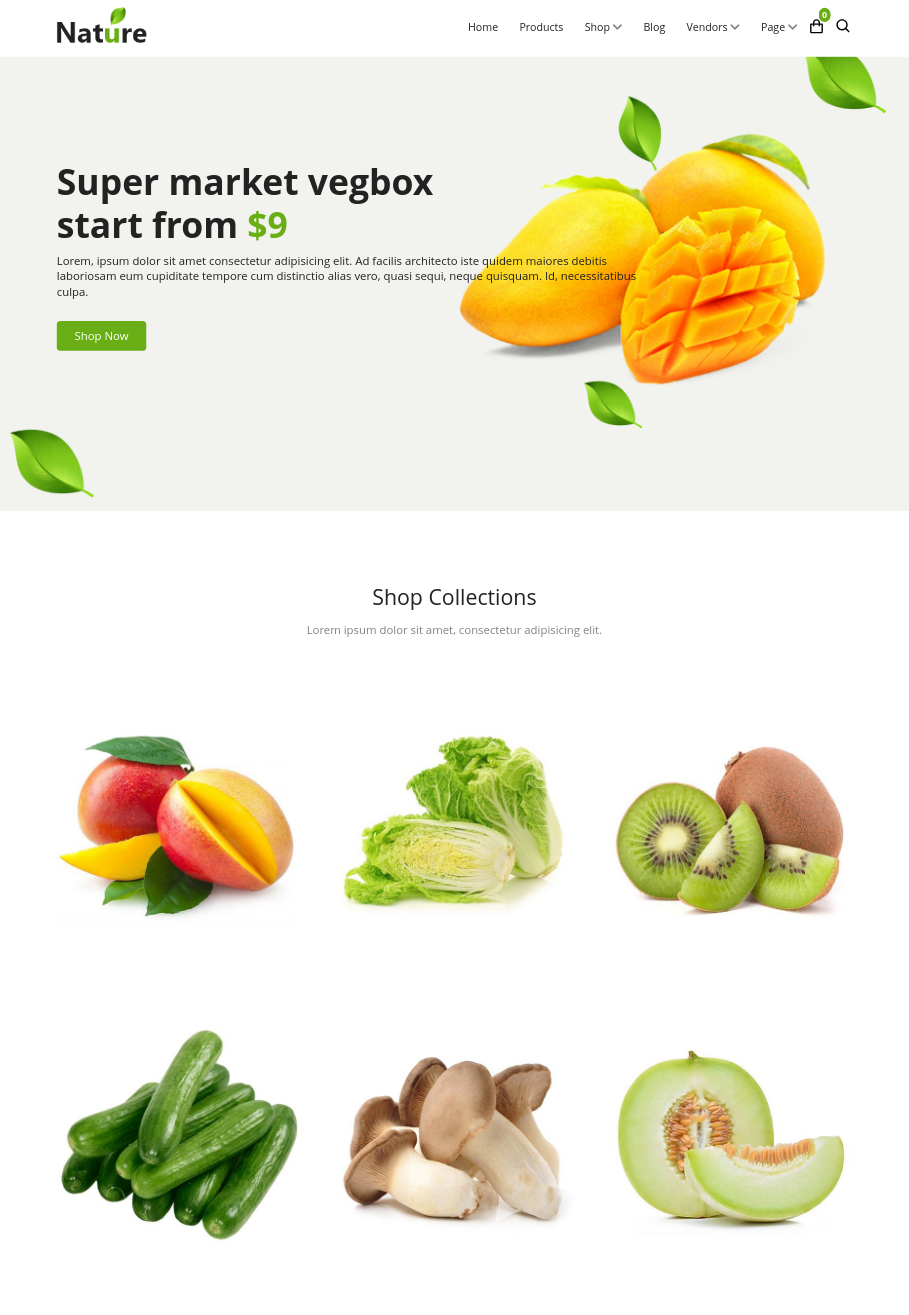
Repository: hoanggiainfomation/hoanggiainfomation.github.io
Page: index.html
An editor plug-in stored every save of this project. The page is shown before and after the next save, followed by the edit.
The browser window is 1280 px wide. The pictures show the whole page, at 71% of full size.
Some web libraries are served in a nearby version.

Above is the page before, as saved 2021-08-17 20:13:45.

### index.html
<!DOCTYPE html>
<html lang="en">
  <head>
    <meta charset="UTF-8" />
    <meta name="viewport" content="width=device-width, initial-scale=1.0" />
    <!-- Favicon -->
    <link rel="shortcut icon" href="./images/favicon.png" type="image/png" />
    <!-- Font Awesome -->
    <link
      rel="stylesheet"
      href="https://cdnjs.cloudflare.com/ajax/libs/font-awesome/5.15.1/css/all.min.css"
    />
    <!-- ======== Swiper Js ======= -->
    <link
      rel="stylesheet"
      href="https://cdnjs.cloudflare.com/ajax/libs/Swiper/6.7.5/swiper-bundle.min.css"
    />

    <!-- Boxicons -->
    <link
      href="https://unpkg.com/boxicons@2.0.8/css/boxicons.min.css"
      rel="stylesheet"
    />
    <!-- Custom StyleSheet -->
    <link rel="stylesheet" href="./styles.css" />
    <title>Codevo - Ecommerce Website</title>
  </head>
  <body>
    <!-- Navigation -->
    <nav class="nav">
      <div class="wrapper container">
        <div class="logo">
          <a href="">
            <img src="./images/logo.png" alt="" />
          </a>
        </div>
        <ul class="nav-list show">
          <div class="top">
            <label for="" class="btn close-btn"
              ><i class="fas fa-times"></i
            ></label>
          </div>
          <li><a href="index.html">Home</a></li>
          <li><a href="products.html">Products</a></li>
          <li>
            <a href="" class="desktop-item"
              >Shop <span><i class="fas fa-chevron-down"></i></span
            ></a>
            <input type="checkbox" id="showMega" />
            <label for="showMega" class="mobile-item"
              >Shop <span><i class="fas fa-chevron-down"></i></span
            ></label>
            <div class="mega-box">
              <div class="content">
                <div class="row">
                  <img src="./images/nav.png" alt="" />
                </div>
                <div class="row">
                  <header>Shop Layout</header>
                  <ul class="mega-links">
                    <li><a href="#">Shop With Background</a></li>
                    <li><a href="#">Shop Mini Categories</a></li>
                    <li><a href="#">Shop Only Categories</a></li>
                    <li><a href="#">Shop Icon Categories</a></li>
                  </ul>
                </div>
                <div class="row">
                  <header>Filter Layout</header>
                  <ul class="mega-links">
                    <li><a href="#">Sidebar</a></li>
                    <li><a href="#">Filter Default</a></li>
                    <li><a href="#">Filter Drawer</a></li>
                    <li><a href="#">Filter Dropdown</a></li>
                  </ul>
                </div>
                <div class="row">
                  <header>Product Layout</header>
                  <ul class="mega-links">
                    <li><a href="#">Layout Zoom</a></li>
                    <li><a href="#">Layout Sticky</a></li>
                    <li><a href="#">Layout Sticky 2</a></li>
                    <li><a href="#">Layout Scroll</a></li>
                  </ul>
                </div>
              </div>
            </div>
          </li>
          <li><a href="">Blog</a></li>
          <li>
            <a href="" class="desktop-item"
              >Vendors <span><i class="fas fa-chevron-down"></i></span
            ></a>
            <input type="checkbox" id="showdrop1" />
            <label for="showdrop1" class="mobile-item"
              >Vendors <span><i class="fas fa-chevron-down"></i></span
            ></label>
            <ul class="drop-menu1">
              <li><a href="">Vendor Store listings</a></li>
              <li><a href="">Store Details</a></li>
            </ul>
          </li>

          <li>
            <a href="" class="desktop-item"
              >Page <span><i class="fas fa-chevron-down"></i></span
            ></a>
            <input type="checkbox" id="showdrop2" />
            <label for="showdrop2" class="mobile-item"
              >Page <span><i class="fas fa-chevron-down"></i></span
            ></label>
            <ul class="drop-menu2">
              <li><a href="">About</a></li>
              <li><a href="">Contact</a></li>
              <li><a href="">Faq</a></li>
              <li><a href="">Page 404</a></li>
            </ul>
          </li>
          <!-- icons -->
          <li class="icons">
            <a href="cart.html">
              <span>
                <img src="./images/shoppingBag.svg" alt="" />
                <small class="count d-flex">0</small>
              </span>
            </a>
            <span><img src="./images/search.svg" alt="" /></span>
          </li>
        </ul>
        <label for="" class="btn open-btn"><i class="fas fa-bars"></i></label>
      </div>
    </nav>
    <!-- Hero -->
    <div class="hero">
      <div class="row">
        <!-- Swiper -->
        <div class="swiper-container slider-1">
          <div class="swiper-wrapper">
            <div class="swiper-slide">
              <img src="./images/hero-1.png" alt="" />
              <div class="content">
                <h1>
                  Super market vegbox
                  <br />
                  start from
                  <span>$9</span>
                </h1>
                <p>
                  Lorem, ipsum dolor sit amet consectetur adipisicing elit. Ad
                  facilis architecto iste quidem maiores debitis laboriosam eum
                  cupiditate tempore cum distinctio alias vero, quasi sequi,
                  neque quisquam. Id, necessitatibus culpa.
                </p>
                <a href="">Shop Now</a>
              </div>
            </div>
            <div class="swiper-slide">
              <img src="./images/hero-2.png" alt="" />
              <div class="content">
                <h1>
                  You first Order
                  <br />
                  start from
                  <span>20% off</span>
                  at Juice
                </h1>
                <p>
                  Lorem, ipsum dolor sit amet consectetur adipisicing elit. Ad
                  facilis architecto iste quidem maiores debitis laboriosam eum
                  cupiditate tempore cum distinctio alias vero, quasi sequi,
                  neque quisquam. Id, necessitatibus culpa.
                </p>
                <a href="">Shop Now</a>
              </div>
            </div>
            <div class="swiper-slide">
              <img src="./images/hero-3.png" alt="" />
              <div class="content">
                <h1>
                  Super market vegbox
                  <br />
                  start from
                  <span>$9</span>
                </h1>
                <p>
                  Lorem, ipsum dolor sit amet consectetur adipisicing elit. Ad
                  facilis architecto iste quidem maiores debitis laboriosam eum
                  cupiditate tempore cum distinctio alias vero, quasi sequi,
                  neque quisquam. Id, necessitatibus culpa.
                </p>
                <a href="">Shop Now</a>
              </div>
            </div>
          </div>
          <!-- <div class="swiper-button-next"></div>
        <div class="swiper-button-prev"></div> -->
        </div>
      </div>
      <!-- Carousel Navigation -->
      <div class="arrows d-flex">
        <div class="swiper-prev d-flex">
          <i class="bx bx-chevrons-left swiper-icon"></i>
        </div>
        <div class="swiper-next d-flex">
          <i class="bx bx-chevrons-right swiper-icon"></i>
        </div>
      </div>
    </div>
    <!-- Collertions -->
    <section class="section collection">
      <div class="title">
        <h2>Shop Collections</h2>
        <span>Lorem ipsum dolor sit amet, consectetur adipisicing elit.</span>
      </div>
      <div class="collection-layout container">
        <div class="collection-item">
          <img src="./images/product-1.jpg" alt="" />
          <div class="collection-content">
            <h3>JUICE</h3>
            <a href="">SHOP NOW</a>
          </div>
        </div>
        <div class="collection-item">
          <img src="./images/product-2.jpg" alt="" />
          <div class="collection-content">
            <h3>JUICE</h3>
            <a href="">SHOP NOW</a>
          </div>
        </div>
        <div class="collection-item">
          <img src="./images/product-3.jpg" alt="" />
          <div class="collection-content">
            <h3>JUICE</h3>
            <a href="">SHOP NOW</a>
          </div>
        </div>
        <div class="collection-item">
          <img src="./images/product-4.jpg" alt="" />
          <div class="collection-content">
            <h3>JUICE</h3>
            <a href="">SHOP NOW</a>
          </div>
        </div>
        <div class="collection-item">
          <img src="./images/product-5.jpg" alt="" />
          <div class="collection-content">
            <h3>JUICE</h3>
            <a href="">SHOP NOW</a>
          </div>
        </div>
        <div class="collection-item">
          <img src="./images/product-6.jpg" alt="" />
          <div class="collection-content">
            <h3>JUICE</h3>
            <a href="">SHOP NOW</a>
          </div>
        </div>
      </div>
    </section>
    <!-- ======== SwiperJS ======= -->
    <script src="https://cdnjs.cloudflare.com/ajax/libs/Swiper/6.7.5/swiper-bundle.min.js"></script>
    <!-- Custom Scripts -->
    <script src="./js/slider.js"></script>
    <script src="./js/index.js"></script>
  </body>
</html>

### styles.css
:root {
  --primary: #69ae14;
  --white: #fff;
  --black: #222;
  --grey1: #3a3b3c;
  --grey2: #828282;
}

*,
*::before,
*::after {
  margin: 0;
  padding: 0;
  box-sizing: inherit;
}

@import url("https://fonts.googleapis.com/css2?family=Open+Sans:wght@400;600;700&display=swap");

html {
  box-sizing: border-box;
  font-size: 62.5%;
}

body {
  font-family: "Open Sans", sans-serif;
  font-size: 1.6rem;
  background-color: var(--white);
  color: var(--black);
  font-weight: 400;
}

h1,
h2,
h3,
h4,
h5 {
  font-weight: 600;
}

a {
  text-decoration: none;
  color: inherit;
}

li {
  list-style: none;
}

.container {
  max-width: 114rem;
  margin: 0 auto;
}

@media (max-width: 1200px) {
  .container {
    padding: 0 3rem;
  }
}

@media (max-width: 768px) {
  .container {
    max-width: 60rem;
  }
}

.d-flex {
  display: flex;
  align-items: center;
}

nav {
  position: fixed;
  top: 0;
  left: 0;
  width: 100%;
  z-index: 999;
  background-color: var(--white);
  height: 8rem;
  line-height: 8rem;
}

.nav.fix-nav {
  width: 100%;
  box-shadow: 0 5px 15px rgba(0, 0, 0, 0.3);
  z-index: 999;
}

nav .wrapper {
  display: flex;
  align-items: center;
  justify-content: space-between;
  position: relative;
  height: 100%;
}

.wrapper .logo {
  height: 100%;
}

.wrapper .logo a {
  display: flex;
  align-items: center;
  justify-content: center;
  height: 100%;
}

.wrapper .nav-list {
  display: inline-flex;
}

.nav-list li i {
  color: var(--grey2);
}
/* .nav-list li i::after {
  content: "";
  position: absolute;
  top: 0;
  right: 0;
  width: 10px;
  height: 10px;
} */

.nav-list a {
  color: var(--black);
  font-size: 1.5rem;
  padding: 0.9rem 1.5rem;
  border-radius: 0.5rem;
  transition: all 300ms ease;
}

.nav-list li a:hover {
  color: var(--primary);
}

.nav-list .drop-menu1,
.nav-list .drop-menu2 {
  box-shadow: 0 0 2px rgba(0, 0, 0, 0.1);
  width: 20rem;
  top: 8.5rem;
  line-height: 4.5rem;
  position: absolute;
  background-color: var(--white);
  opacity: 0;
  visibility: hidden;
  transition: all 300ms ease;
}

.nav-list .drop-menu1 li a,
.nav-list .drop-menu2 li a {
  display: block;
  font-size: 1.5rem;
  width: 100%;
  padding: 0 0 0 1.5rem;
  border-radius: 0;
  color: var(--grey2);
}

.nav-list .drop-menu1 li a:hover,
.nav-list .drop-menu2 li a:hover {
  color: var(--primary);
}

.nav-list li:hover .drop-menu1,
.nav-list li:hover .drop-menu2,
.nav-list li:hover .mega-box {
  opacity: 1;
  visibility: visible;
  top: 6.5rem;
}

.mega-box {
  box-shadow: 0 0 2px rgba(0, 0, 0, 0.1);
  position: absolute;
  top: 8.5rem;
  left: 0;
  width: 100%;
  padding: 0 3rem;
  background-color: var(--white);
  opacity: 0;
  visibility: hidden;
  transition: all 300ms ease;
}

.mega-box .content {
  padding: 2.5rem 2rem;
  display: flex;
  width: 100%;
  justify-content: space-between;
}

.mega-box .content .row {
  width: calc(25% - 3rem);
  line-height: 4.5rem;
}

.content .row img {
  width: 100%;
  height: 100%;
  object-fit: cover;
}

.content .row header {
  font-size: 1.6rem;
  font-weight: 700;
  color: var(--grey1);
}

.content .row .mega-links {
  border-left: 1px solid rgba(255, 255, 255, 0.09);
  margin-left: -4rem;
}

.content .row li {
  padding: 0 2rem;
}

.content .row li a {
  padding: 0 2rem;
  display: block;
  font-size: 1.5rem;
  color: var(--grey2);
}

.content .row li a:hover {
  color: var(--primary);
}

.nav-list .mobile-item {
  display: none;
}

.nav-list input {
  display: none;
}

.wrapper .btn {
  color: var(--white);
  font-size: 2rem;
  cursor: pointer;
  display: none;
}

.nav-list .icons span {
  display: inline-block;
  margin: 0.5rem 1rem 0 0;
  position: relative;
}

.nav-list .icons a {
  padding: 0;
  display: inline-block;
}

.nav-list .icons .count {
  justify-content: center;
  position: absolute;
  top: 0.8rem;
  right: -0.8rem;
  background-color: var(--primary);
  height: 2rem;
  padding: 0.5rem;
  color: var(--white);
  font-weight: 700;
  border-radius: 50%;
}

@media (max-width: 968px) {
  .wrapper .nav-list {
    position: fixed;
    top: 0;
    left: -100%;
    height: 100%;
    width: 100%;
    max-width: 35rem;
    background-color: var(--white);
    display: block;
    overflow-y: auto;
    line-height: 5rem;
    box-shadow: 0 1.5rem 1.5rem rgba(0, 0, 0, 0.1);
    transition: all 300ms linear;
  }

  .wrapper .nav-list.show {
    left: 0;
  }

  .nav-list li {
    margin: 1.5rem 1rem;
  }

  .nav-list a {
    display: block;
    font-size: 1.8rem;
    padding: 0 2rem;
    color: var(--black);
  }

  .nav-list .drop-menu1,
  .nav-list .drop-menu2 {
    position: static;
    opacity: 1;
    visibility: visible;
    top: 6.5rem;
    padding-left: 2rem;
    width: 100%;
    max-height: 0;
    overflow: hidden;
  }

  #showdrop1:checked ~ .drop-menu1,
  #showdrop2:checked ~ .drop-menu2,
  #showMega:checked ~ .mega-box {
    max-height: 100%;
  }

  .nav-list .drop-menu1 li,
  .nav-list .drop-menu2 li {
    margin: 0;
  }

  .nav-list .drop-menu1 li a,
  .nav-list .drop-menu2 li a {
    color: var(--grey2);
    font-size: 1.5rem;
  }

  .nav-list .desktop-item {
    display: none;
  }

  .nav-list .mobile-item {
    display: block;
    font-size: 1.8rem;
    padding-left: 2rem;
    color: var(--black);
    cursor: pointer;
    border-radius: 0.5rem;
  }

  .nav-list .mobile-item:hover {
    color: var(--primary);
  }

  .mega-box {
    position: static;
    top: 6.5rem;
    padding: 0 2rem;
    opacity: 1;
    visibility: visible;
    max-height: 0;
    overflow: hidden;
    transition: all 300ms ease;
  }

  .mega-box .content {
    flex-direction: column;
    padding: 2rem 2rem 0 2rem;
  }

  .mega-box .content .row {
    width: 100%;
    border-top: 1px solid rgba(255, 255, 255, 0.09);
    margin-bottom: 1.5rem;
  }

  .content .row:nth-child(1),
  .content .row:nth-child(2) {
    border-top: 0;
  }

  .content .row .mega-links {
    border-left: 0;
    padding-left: 2rem;
  }

  .row .mega-links li {
    margin: 0;
  }

  .wrapper .btn {
    display: block;
    color: var(--black);
  }

  .nav-list .top {
    position: relative;
    display: block;
    background-color: var(--primary);
    width: 100%;
    height: 8rem;
  }

  .nav-list .close-btn {
    position: absolute;
    top: 1.5rem;
    right: 2.5rem;
    color: var(--white);
  }

  .nav-list .icons {
    padding-left: 2rem;
  }
}
/* Hero */
.hero {
  height: 100vh;
  position: relative;
  overflow: hidden;
}

.swiper-container,
.hero .row {
  width: 100%;
  height: 100%;
}

.hero .row {
  position: relative;
}

.hero .row img {
  height: 100%;
  width: 100%;
  object-fit: cover;
}

.hero .row .content {
  position: absolute;
  top: 50%;
  left: 80px;
  transform: translateY(-50%);
}

.hero .row .content h1 {
  line-height: 1.2;
  font-size: 5rem;
  font-weight: 700;
}

.hero .row .content span {
  color: var(--primary);
}

.hero .row .content p {
  margin: 1rem 0 1rem;
  width: 70%;
}

.hero .row .content a {
  display: inline-block;
  color: var(--white);
  background-color: var(--primary);
  border-radius: 5px;
  padding: 1rem 2.5rem;
  margin-top: 2rem;
}

.swiper-slide-active .content h1 {
  animation: movebottom 1s ease-in-out;
}

.swiper-slide-active .content a {
  animation: movetop 1s ease-in-out;
}

.swiper-slide-active .content p {
  animation: moveleft 1s ease-in-out;
}
@keyframes movebottom {
  0% {
    transform: translateY(-100px);
    opacity: 0;
  }
  100% {
    transform: translateY(0px);
    opacity: 1;
  }
}
@keyframes movetop {
  0% {
    transform: translateY(-100px);
    opacity: 0;
  }
  100% {
    transform: translateY(0px);
    opacity: 1;
  }
}
@keyframes moveleft {
  0% {
    transform: translateX(-100px);
    opacity: 0;
  }
  100% {
    transform: translateX(0px);
    opacity: 1;
  }
}
.hero .arrows {
  position: absolute;
  top: 50%;
  transform: translateY(-50%);
  width: 100%;
  z-index: 10;
  visibility: hidden;
  transition: all 500ms ease-in-out;
}
.hero:hover .arrows {
  visibility: visible;
  opacity: 1;
}
.arrows .swiper-prev,
.arrows .swiper-next {
  position: absolute;
  padding: 0.5rem 0.7rem;
  background-color: var(--primary);
  border-radius: 5px;
  color: var(--white);
  cursor: pointer;
}
.arrows .swiper-prev {
  left: 20px;
}
.arrows .swiper-next {
  right: 20px;
}
@media screen and (max-width: 567px) {
  .hero .row .content {
    left: 20px;
  }
  .hero .row .content h1 {
    font-size: 3rem;
  }
  .hero .row .content p {
    width: 80%;
  }
}
/* Collection */
section {
  padding: 10rem 0 5rem 0;
  overflow: hidden;
}
section .title {
  text-align: center;
  margin-bottom: 5rem;
}
section .title h2 {
  font-size: 3rem;
  font-weight: 400;
  margin-bottom: 1.5rem;
}
section .title span {
  color: var(--grey2);
}
.collection-layout {
  display: grid;
  grid-template-columns: repeat(3, 1fr);
  gap: 3rem;
}
.collection-item {
  position: relative;
  overflow: hidden;
  z-index: 0;
}
.collection-item img {
  object-fit: cover;
  height: 100%;
  width: 100%;
  transition: all 500ms ease-in-out;
}

### js/slider.js
const swiper1 = new Swiper(".slider-1", {
  autuplay: {
    delay: 3500,
    disableOnInteraction: false,
  },
  grapbCursor: true,
  effect: "fade",
  loop: true,
  navigator: {
    nextEl: ".swiper-next",
    pervEl: ".swiper-prev",
  },
});

### js/index.js
const openNav = document.querySelector(".open-btn");
const closeNav = document.querySelector(".close-btn");
const menu = document.querySelector(".nav-list");

openNav.addEventListener("click", () => {
  menu.classList.add("show");
});
closeNav.addEventListener("click", () => {
  menu.classList.remove("show");
});

After the next save:
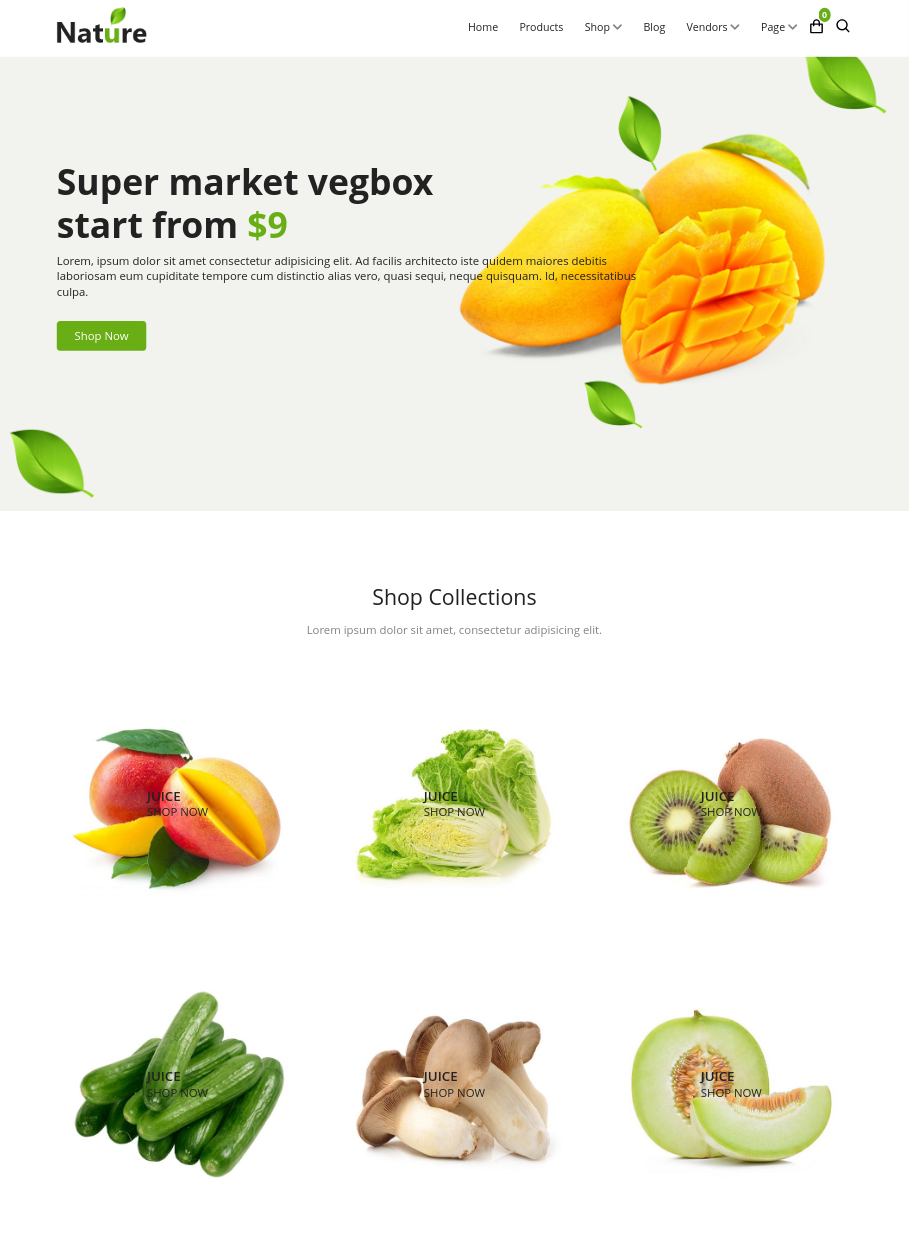
Saved 2 min 1 s later.
--- a/styles.css
+++ b/styles.css
@@ -568,3 +568,9 @@ section .title span {
   width: 100%;
   transition: all 500ms ease-in-out;
 }
+.collection-content {
+  position: absolute;
+  top: 50%;
+  left: 50%;
+  transform: translate(-50%, -50%);
+}
